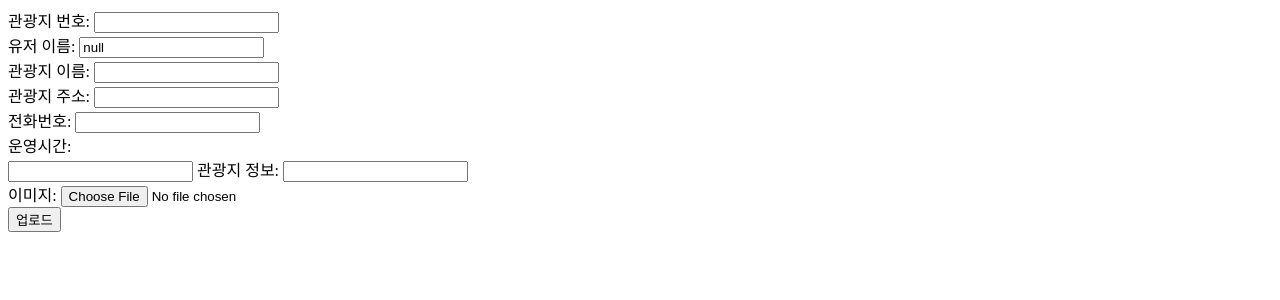
Repository: ExiNni/Travel-Project
Page: http://localhost/project_login/myPage/input_tour_info.jsp
The author's editor kept a copy of each file at every save. The page is drawn from the files as they stood at one save, then again after the next save.
The browser window is 1280 px wide. The pictures show the whole page.
The page is served by Tomcat 9.

Above is the page before, as saved 2023-11-14 07:33:22.

After the next save:
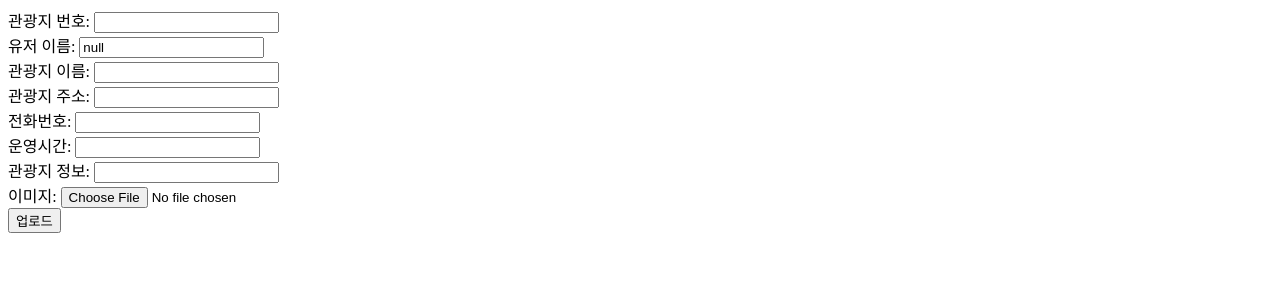
Saved 19 s later.
--- a/project_login/src/main/webapp/myPage/input_tour_info.jsp
+++ b/project_login/src/main/webapp/myPage/input_tour_info.jsp
@@ -28,8 +28,8 @@
 			 <label for="tour_phone">전화번호: </label>
 			 <input type="text" name="TOUR_PHONE" id="tour_phone" required> <br>
 
-			 <label for="tour_time">운영시간: </label><br>
-		 	<input type="text" name="TOUR_TIME" id="tour_time" required>
+			 <label for="tour_time">운영시간: </label>
+		 	<input type="text" name="TOUR_TIME" id="tour_time" required><br>
 		 	<label for="tour_comment">관광지 정보: </label>
 		 	<input type="text" name="TOUR_COMMENT" id="tour_comment" required> <br>
 
